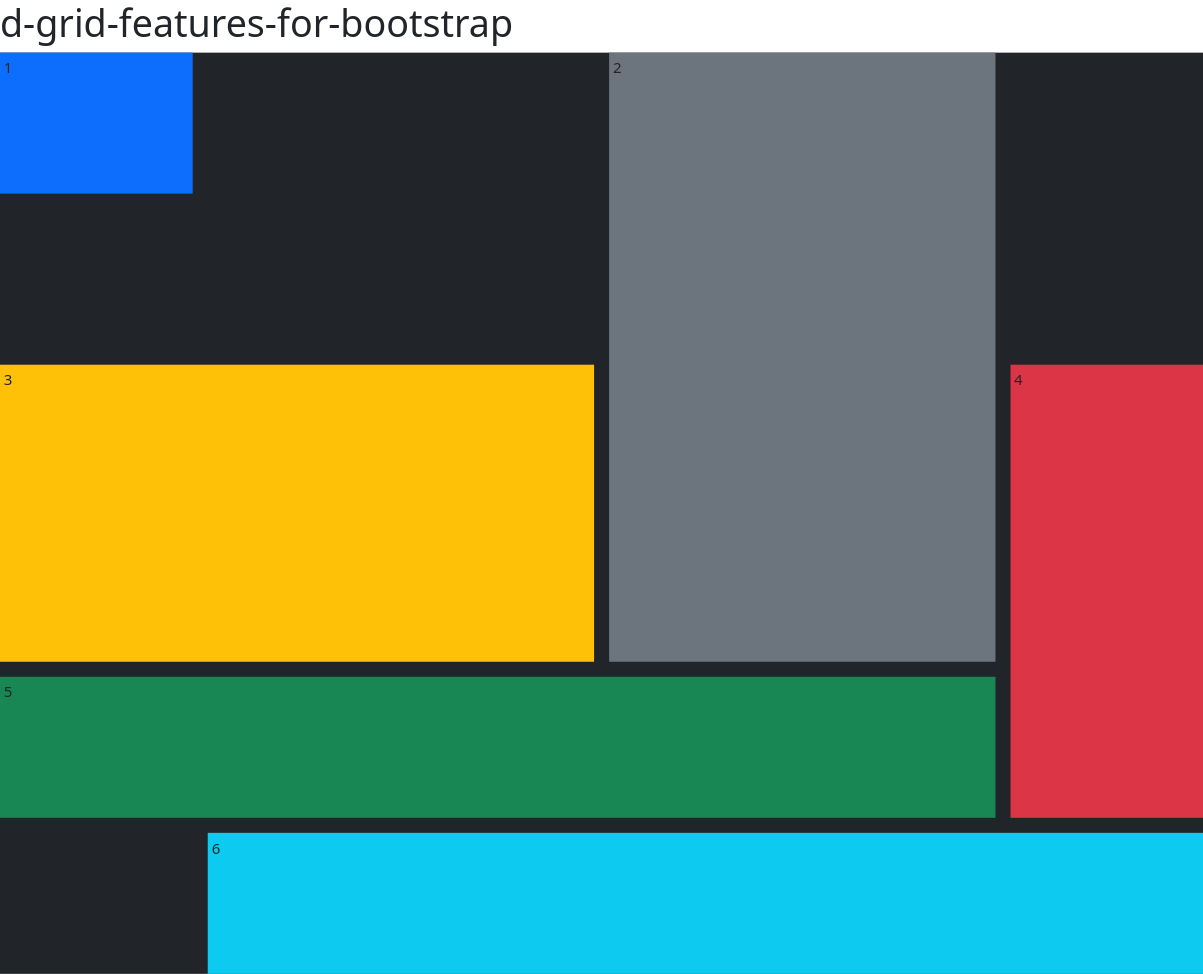
Repository: LynxPardelle/d-grid-features-for-bootstrap
Page: index.html
An editor plug-in stored every save of this project. The page is shown before and after the next save, followed by the edit.
The browser window is 1280 px wide. The pictures show the whole page, at 94% of full size.

Above is the page before, as saved 2021-10-20 05:48:33.

### index.html
<!DOCTYPE html>
<html lang="en">
<head>
  <meta charset="UTF-8">
  <meta http-equiv="X-UA-Compatible" content="IE=edge">
  <meta name="viewport" content="width=device-width, initial-scale=1.0">
  <title>d-grid-features-for-bootstrap</title>
  <link href="https://cdn.jsdelivr.net/npm/bootstrap@5.1.3/dist/css/bootstrap.min.css" rel="stylesheet" integrity="sha384-1BmE4kWBq78iYhFldvKuhfTAU6auU8tT94WrHftjDbrCEXSU1oBoqyl2QvZ6jIW3" crossorigin="anonymous">
</head>
<body>
  <h1>d-grid-features-for-bootstrap</h1>

  <!-- <section class="d-grid bg-dark" data-gfbs data-gfbs-gtc="repeat(4, 1fr)" data-gfbs-gtr="repeat(2, 100px)" > -->
    <!-- <section class="d-grid bg-dark" data-gfbs data-gfbs-gta='"f f b c c a"" f f d e e a"'> -->
      <section class="d-grid bg-dark" data-gfbs
      data-gfbs-gt='
      [row1-start] "a a b ." 25px [row1-end]
      [row2-start] "a a b ." 25px [row2-end]
      [row3-start] "c c b d" 25px [row3-end]
      [row4-start] "c c b d" 25px [row4-end]
      [row5-start] "e e e d" 25px [row5-end]
      [row6-start] ". f f f" 25px [row6-end]
      / 1fr 2fr 2fr 1fr'
      data-gfbs-gt-sm='
      [row1-start] "a a b ." 50px [row1-end]
      [row2-start] "a a b ." 50px [row2-end]
      [row3-start] "c c b d" 50px [row3-end]
      [row4-start] "c c b d" 50px [row4-end]
      [row5-start] "e e e d" 50px [row5-end]
      [row6-start] ". f f f" 50px [row6-end]
      / 1fr 2fr 2fr 1fr'
      data-gfbs-gt-md='
      [row1-start] "a a b ." 75px [row1-end]
      [row2-start] "a a b ." 75px [row2-end]
      [row3-start] "c c b d" 75px [row3-end]
      [row4-start] "c c b d" 75px [row4-end]
      [row5-start] "e e e d" 75px [row5-end]
      [row6-start] ". f f f" 75px [row6-end]
      / 1fr 2fr 2fr 1fr'
      data-gfbs-gt-lg='
      [row1-start] "a a b ." 100px [row1-end]
      [row2-start] "a a b ." 100px [row2-end]
      [row3-start] "c c b d" 100px [row3-end]
      [row4-start] "c c b d" 100px [row4-end]
      [row5-start] "e e e d" 100px [row5-end]
      [row6-start] ". f f f" 100px [row6-end]
      / 1fr 2fr 2fr 1fr'
      data-gfbs-gt-xl='
      [row1-start] "a a b ." 125px [row1-end]
      [row2-start] "a a b ." 125px [row2-end]
      [row3-start] "c c b d" 125px [row3-end]
      [row4-start] "c c b d" 125px [row4-end]
      [row5-start] "e e e d" 125px [row5-end]
      [row6-start] ". f f f" 125px [row6-end]
      / 1fr 2fr 2fr 1fr'
      data-gfbs-gt-xxl='
      [row1-start] "a a b ." 150px [row1-end]
      [row2-start] "a a b ." 150px [row2-end]
      [row3-start] "c c b d" 150px [row3-end]
      [row4-start] "c c b d" 150px [row4-end]
      [row5-start] "e e e d" 150px [row5-end]
      [row6-start] ". f f f" 150px [row6-end]
      / 1fr 2fr 2fr 1fr'
      data-gfbs-gap="1rem"
      >
      <!-- data-gfbs-cg="1rem"
      data-gfbs-rg="1rem" -->
    <div data-gfbs data-gfbs-iga="a" data-gfbs-iga-sm="g" class="grid-element bg-primary p-1">
      1
    </div>

    <div data-gfbs data-gfbs-iga="b" class="grid-element bg-secondary p-1">
      2
    </div>
    <div data-gfbs data-gfbs-iga="c" class="grid-element bg-warning p-1">
      3
    </div>
    <div data-gfbs data-gfbs-iga="d" class="grid-element bg-danger p-1">
      4
    </div>
    <div data-gfbs data-gfbs-iga="e" class="grid-element bg-success p-1">
      5
    </div>
    <div data-gfbs data-gfbs-iga="f" class="grid-element bg-info p-1">
      6
    </div>
  </section>

  <script src="https://cdn.jsdelivr.net/npm/bootstrap@5.1.3/dist/js/bootstrap.bundle.min.js" integrity="sha384-ka7Sk0Gln4gmtz2MlQnikT1wXgYsOg+OMhuP+IlRH9sENBO0LRn5q+8nbTov4+1p" crossorigin="anonymous"></script>
  <script src="./d-grid.js"></script>
</body>
</html>

### d-grid.js
"use strict";

let wWidth = window.innerWidth;
let gridElements = document.querySelectorAll("[data-gfbs]");

function checkIfHasBP(gridElement, atr) {
  let hasIt = false;
  let bp = 0;
  for (let attribute of gridElement.attributes) {
    let at = attribute.localName;
    if (at.includes(atr)) {
      if (
        at.includes("-sm") ||
        at.includes("-md") ||
        at.includes("-lg") ||
        at.includes("-xl") ||
        at.includes("-xll")
      ) {
        switch (true) {
          case at.includes("-sm") &&
            !atr.includes("-sm") &&
            !atr.includes("-md") &&
            !atr.includes("-lg") &&
            !atr.includes("-xl") &&
            !atr.includes("-xxl"):
            bp = 576;
            break;
          case at.includes("-md") &&
            !atr.includes("-md") &&
            !atr.includes("-lg") &&
            !atr.includes("-xl") &&
            !atr.includes("-xxl"):
            bp = 768;
            break;
          case at.includes("-lg") &&
            !atr.includes("-lg") &&
            !atr.includes("-xl") &&
            !atr.includes("-xxl"):
            bp = 992;
            break;
          case at.includes("-xl") &&
            !atr.includes("-xl") &&
            !atr.includes("-xxl"):
            bp = 1200;
            break;
          case at.includes("-xxl") && !atr.includes("-xxl"):
            bp = 1400;
            break;
        }
      }
    }
  }

  if (bp !== 0 && bp < wWidth) {
    hasIt = true;
  }

  if (atr.includes("gt")) {
    console.log(bp);
    console.log(wWidth);
    console.log(hasIt);
  }
  return hasIt;
}

for (let gridElement of gridElements) {
  for (let attribute of gridElement.attributes) {
    let at = attribute.localName;

    let attValue = attribute.value;

    if (
      at.includes("gfbs-") &&
      ((!at.includes("-sm") &&
        !at.includes("-md") &&
        !at.includes("-lg") &&
        !at.includes("-xl") &&
        !at.includes("-xll") &&
        !checkIfHasBP(gridElement, at)) ||
        (at.includes("-sm") && wWidth >= 576 && wWidth < 768) ||
        (at.includes("-md") && wWidth >= 768 && wWidth < 992) ||
        (at.includes("-lg") && wWidth >= 992 && wWidth < 120) ||
        (at.includes("-xl") && wWidth >= 1200 && wWidth < 1400) ||
        (at.includes("-xxl") && wWidth >= 1400))
    ) {
      switch (true) {
        /* Container */
        case at.includes("custom"):
          gridElement.style.cssText += attValue;
          break;
        case at.includes("gtc"):
          gridElement.style.gridTemplateColumns = attValue;
          break;
        case at.includes("gtr"):
          gridElement.style.gridTemplateRows = attValue;
          break;
        case at.includes("gta"):
          gridElement.style.gridTemplateAreas = attValue;
          break;
        case at.includes("gt"):
          console.log(at);
          console.log(attValue);
          gridElement.style.gridTemplate = attValue;
          console.log(gridElement.style.gridTemplate);
          break;
        case at.includes("cg"):
          gridElement.style.columnGap = attValue;
          break;
        case at.includes("rg"):
          gridElement.style.rowGap = attValue;
          break;
        case at.includes("gap"):
          gridElement.style.gap = attValue;
          break;
        case at.includes("ji"):
          gridElement.style.justifyItems = attValue;
          break;
        case at.includes("ai"):
          gridElement.style.alignItems = attValue;
          break;
        case at.includes("pi"):
          gridElement.style.placeItems = attValue;
          break;
        case at.includes("jc"):
          gridElement.style.justifyContent = attValue;
          break;
        case at.includes("ac"):
          gridElement.style.alignContent = attValue;
          break;
        case at.includes("pc"):
          gridElement.style.placeContent = attValue;
          break;
        case at.includes("gac"):
          gridElement.style.gridAutoColumns = attValue;
          break;
        case at.includes("gar"):
          gridElement.style.gridAutoRows = attValue;
          break;
        case at.includes("gaf"):
          gridElement.style.gridAutoFlow = attValue;
          break;
        case at.includes("grid"):
          gridElement.style.grid = attValue;
          break;

        /* Item */
        case at.includes("gcs"):
          gridElement.style.gridColumnStart = attValue;
          break;
        case at.includes("gce"):
          gridElement.style.gridColumnEnd = attValue;
          break;
        case at.includes("gc"):
          gridElement.style.gridColumn = attValue;
          break;
        case at.includes("grs"):
          gridElement.style.gridRowStart = attValue;
          break;
        case at.includes("gre"):
          gridElement.style.gridRowEnd = attValue;
          break;
        case at.includes("gr"):
          gridElement.style.gridRow = attValue;
          break;
        case at.includes("iga"):
          gridElement.style.gridArea = attValue;
          break;
        case at.includes("js"):
          gridElement.style.justifySelf = attValue;
          break;
        case at.includes("as"):
          gridElement.style.alignSelf = attValue;
          break;
        case at.includes("ps"):
          gridElement.style.placeSelf = attValue;
          break;
      }
    }
  }
}

After the next save:
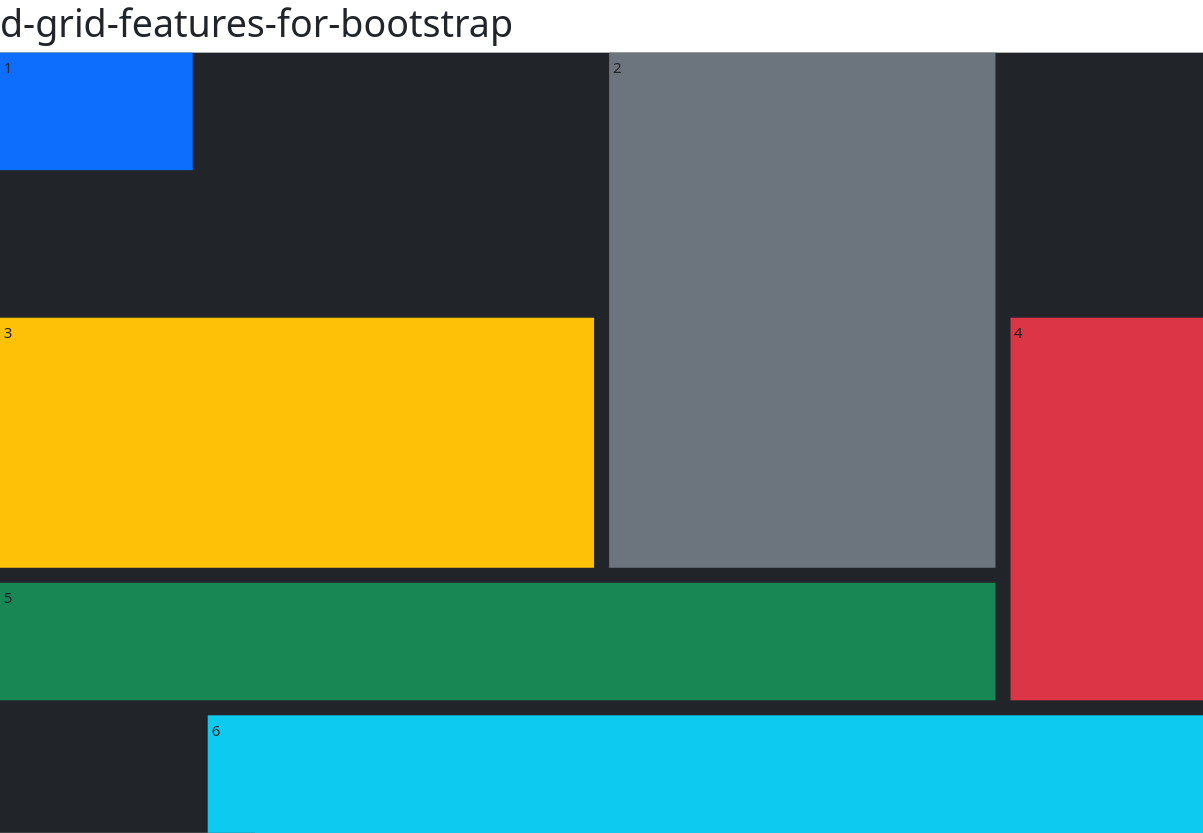
Saved 103 s later.
--- a/d-grid.js
+++ b/d-grid.js
@@ -75,7 +75,7 @@ for (let gridElement of gridElements) {
         !at.includes("-md") &&
         !at.includes("-lg") &&
         !at.includes("-xl") &&
-        !at.includes("-xll") &&
+        !at.includes("-xxl") &&
         !checkIfHasBP(gridElement, at)) ||
         (at.includes("-sm") && wWidth >= 576 && wWidth < 768) ||
         (at.includes("-md") && wWidth >= 768 && wWidth < 992) ||
